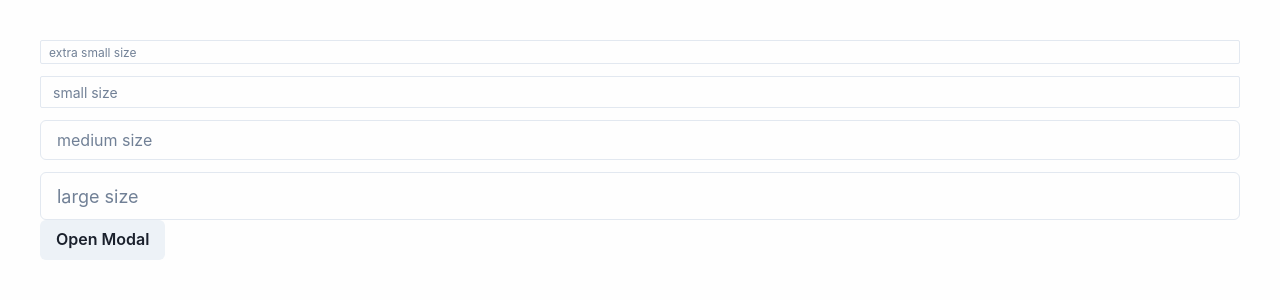
Repository: jorgelucasjs/chakra-ui-doc
Page: /
These files come from the project's save history. The page is drawn as it stood at one moment and after the next save; the edit follows.
The browser window is 1280 px wide. The pictures show the whole page.
The project was rebuilt for these pictures with package versions that can differ from the ones it lists, and the page was loaded fresh each time.

Above is the page before, as saved 2023-01-06 11:15:36.

### public/index.html
<!DOCTYPE html>
<html lang="en">
  <head>
    <meta charset="utf-8" />
   <!--  <link rel="icon" href="%PUBLIC_URL%/logo.jpg" /> -->
    <meta name="viewport" content="width=device-width, initial-scale=1" />
    <meta name="theme-color" content="#000000" />
    <meta
      name="description"
      content="Web site created using create-react-app"
    />
    <!-- <link rel="apple-touch-icon" href="%PUBLIC_URL%/logo.jpg" /> -->
    <!--
      manifest.json provides metadata used when your web app is installed on a
      user's mobile device or desktop. See https://developers.google.com/web/fundamentals/web-app-manifest/
    -->
    <link rel="manifest" href="%PUBLIC_URL%/manifest.json" />
    <!--
      Notice the use of %PUBLIC_URL% in the tags above.
      It will be replaced with the URL of the `public` folder during the build.
      Only files inside the `public` folder can be referenced from the HTML.

      Unlike "/favicon.ico" or "favicon.ico", "%PUBLIC_URL%/favicon.ico" will
      work correctly both with client-side routing and a non-root public URL.
      Learn how to configure a non-root public URL by running `npm run build`.
    -->
    <title>Chackra ui</title>
  </head>
  <body>
    <noscript>You need to enable JavaScript to run this app.</noscript>
    <div id="root"></div>
    <!--
      This HTML file is a template.
      If you open it directly in the browser, you will see an empty page.

      You can add webfonts, meta tags, or analytics to this file.
      The build step will place the bundled scripts into the <body> tag.

      To begin the development, run `npm start` or `yarn start`.
      To create a production bundle, use `npm run build` or `yarn build`.
    -->
  </body>
</html>

### src/index.tsx
import React from 'react';
import ReactDOM from 'react-dom/client';
import App from './App';
import reportWebVitals from './reportWebVitals';

const root = ReactDOM.createRoot(
  document.getElementById('root') as HTMLElement
);


root.render(

	<React.StrictMode>
		<App />
	</React.StrictMode>

);

reportWebVitals();

### src/App.tsx
import * as React from 'react';
import PagesRouter from './routes';
import { extendTheme, ChakraProvider, ColorModeScript } from '@chakra-ui/react';
import theme from './theme/theme';

export default function App(): JSX.Element {

	return (
		<ChakraProvider theme={theme}>
			<ColorModeScript initialColorMode={theme.config.initialColorMode} />
			<PagesRouter />
		</ChakraProvider>
	);
}

### src/routes/index.tsx
import React from 'react';
import { BrowserRouter, Route, Routes } from 'react-router-dom';
import Home from '../pages';
import GlobalStyle from './../style/Global';
export default function PagesRouter(): JSX.Element {
	return (

		<BrowserRouter>
			<GlobalStyle />

			<Routes>

				<Route
					path='/'
					element={<Home />}
				/>
			</Routes>
		</BrowserRouter>

	);
}

### src/theme/theme.ts
import { extendTheme, ThemeConfig } from '@chakra-ui/react';

const config: ThemeConfig = {
	initialColorMode: 'light',
	useSystemColorMode: false,
};

const colors = {
	brand: {
		900: '#1a365d',
		800: '#153e75',
		700: '#2a69ac',
	},
};

const theme = extendTheme({ config, colors });

export default theme;

### src/pages/index.tsx
import React from 'react';
import { Box, Container, Text, Flex, Grid, Button, SimpleGrid, Wrap, WrapItem } from '@chakra-ui/react';
import Gradient from '../components/Gradient';
import ColorMode from '../components/ColorMode';
import ModalComponent from '../components/ModalComponent';
import TabsComponents from '../components/TabsComponents';
import { CircularProgress, CircularProgressLabel } from '@chakra-ui/react';
import SkeletonComponents from '../components/SkeletonComponents';
import { Avatar, AvatarBadge, AvatarGroup } from '@chakra-ui/react';
import FormControl from '../components/FormControl';
export default function index(): JSX.Element {

	return (
		<Box p={10} h={'100vh'}>
			{/* <Gradient /> */}
			{/* <ColorMode /> */}
			{/* <ModalComponent /> */}

			{/* <TabsComponents /> */}
			{/* <SkeletonComponents /> */}

			{/* <Wrap>
				<WrapItem>
					<Avatar name='Dan Abrahmov' src='https://bit.ly/dan-abramov' />
				</WrapItem>
				<WrapItem>
					<Avatar name='Kola Tioluwani' src='https://bit.ly/tioluwani-kolawole' />
				</WrapItem>
				<WrapItem>
					<Avatar name='Kent Dodds' src='https://bit.ly/kent-c-dodds' />
				</WrapItem>
				<WrapItem>
					<Avatar name='Ryan Florence' src='https://bit.ly/ryan-florence' />
				</WrapItem>
				<WrapItem>
					<Avatar name='Prosper Otemuyiwa' src='https://bit.ly/prosper-baba' />
				</WrapItem>
				<WrapItem>
					<Avatar name='Christian Nwamba' src='https://bit.ly/code-beast' />
				</WrapItem>
				<WrapItem>
					<Avatar name='Segun Adebayo' src='https://bit.ly/sage-adebayo' />
				</WrapItem>
			</Wrap>

			<Wrap>
				<WrapItem>
					<Avatar size='2xs' name='Dan Abrahmov' src='https://bit.ly/dan-abramov' />
				</WrapItem>
				<WrapItem>
					<Avatar
						size='xs'
						name='Kola Tioluwani'
						src='https://bit.ly/tioluwani-kolawole'
					/>{' '}
				</WrapItem>
				<WrapItem>
					<Avatar size='sm' name='Kent Dodds' src='https://bit.ly/kent-c-dodds' />{' '}
				</WrapItem>
				<WrapItem>
					<Avatar size='md' name='Ryan Florence' src='https://bit.ly/ryan-florence' />{' '}
				</WrapItem>
				<WrapItem>
					<Avatar
						size='lg'
						name='Prosper Otemuyiwa'
						src='https://bit.ly/prosper-baba'
					/>{' '}
				</WrapItem>
				<WrapItem>
					<Avatar size='xl' name='Christian Nwamba' src='https://bit.ly/code-beast' />{' '}
				</WrapItem>
				<WrapItem>
					<Avatar size='2xl' name='Segun Adebayo' src='https://bit.ly/sage-adebayo' />{' '}
				</WrapItem>
			</Wrap> */}

			<FormControl />
		</Box>
	);
}

### src/style/Global.ts
import { createGlobalStyle } from 'styled-components';

export default createGlobalStyle`
  * {
	  margin: 0;
	  padding: 0;
	  box-sizing: border-box;
	}

  body {
	  width: 100vw;
	  background:#fefefe;
  }

  body,
  input,
  textarea,
  button {
	font: 400 1rem Inter, sans-serif;
  }

  h1 {
	font-size: 2.5rem;
	font: 700;
	font-family: 'Work Sans', sans-serif;
  }

  h2 {
	font-size: 1.5rem;
  }

  button {
	cursor: pointer;
  }

  h1,
  h2,
  h3,
  h4,
  h5,
  h6 {
	font-weight: 600;
	font-family: Lexend, sans-serif;
  }

  input {
	outline: none;
  }
  a{
	text-decoration:none;
	color:#fff;
  }
  .modalContent,
  .secondModal {
	>img {
	  width: 15rem;
	  margin: 15px auto;
	  display: flex;
	  justify-content: center;
	  align-self: center;
	}
	> form {
	  margin: 20px 0;
	  width: 100%;
	  text-align: center;

	> label {
	  display: flex;
	  align-items: flex-start;
	  margin: 15px 0;
	  color: #1c1c1c;
	}

	>button {
	  margin-top: 25px;
	}
  }
}


.secondModal {
  >h1 {
	text-align: center;
	margin: 4rem 0 0 0;
  }

  >span {
	display: block;
	text-align: center;
	color: #1c1c1c;
	font-size: 15px;
	margin: 20px 0;
  }
}



`;

### src/components/FormControl.tsx
import React from 'react';
import {
	FormControl,
	FormLabel,
	FormErrorMessage,
	FormHelperText,
	Input,
	RadioGroup,
	HStack,
	Radio,
	Stack,
	useDisclosure,
	Button,
	Modal,
	ModalOverlay,
	ModalContent,
	ModalHeader,
	ModalCloseButton,
	ModalBody,
	Text,
	ModalFooter
} from '@chakra-ui/react';

export default function FormControlModal(): JSX.Element {
	const { isOpen, onOpen, onClose } = useDisclosure();
	const finalRef = React.useRef(null);
	const [scrollBehavior, setScrollBehavior] = React.useState('inside');

	const btnRef = React.useRef(null);
	return (
		<div>
			<FormControl as='fieldset'>
				<Stack spacing={3}>
					<Input placeholder='extra small size' size='xs' />
					<Input placeholder='small size' size='sm' />
					<Input placeholder='medium size' size='md' />
					<Input placeholder='large size' size='lg' />
				</Stack>
			</FormControl>

			<>
				<Button onClick={onOpen}>Open Modal</Button>
				<Modal isOpen={isOpen} onClose={onClose}>
					<ModalOverlay />
					<ModalContent>
						<ModalHeader>Modal Title</ModalHeader>
						<ModalCloseButton />
						<ModalBody>
							<Text mb={3}>
								Sit nulla est ex deserunt exercitation anim occaecat. Nostrud
								ullamco deserunt aute id consequat veniam incididunt duis in sint
								irure nisi. Mollit officia cillum Lorem ullamco minim nostrud elit
								officia tempor esse quis.Sunt ad dolore quis aute consequat. Magna
								exercitation reprehenderit magna aute tempor cupidatat consequat
								elit dolor adipisicing. Mollit dolor eiusmod sunt ex incididunt
								cillum quis. Velit duis sit officia eiusmod Lorem aliqua enim laboris
								do dolor eiusmod. Et mollit incididunt nisi consectetur esse laborum
								eiusmod pariatur proident Lorem eiusmod et. Culpa deserunt nostrud ad
								veniam.
							</Text>

							<Text>
								Sit nulla est ex deserunt exercitation anim occaecat. Nostrud
								ullamco deserunt aute id consequat veniam incididunt duis in sint
								irure nisi. Mollit officia cillum Lorem ullamco minim nostrud elit
								officia tempor esse quis.Sunt ad dolore quis aute consequat. Magna
								exercitation reprehenderit magna aute tempor cupidatat consequat
								elit dolor adipisicing. Mollit dolor eiusmod sunt ex incididunt
								cillum quis. Velit duis sit officia eiusmod Lorem aliqua enim laboris
								do dolor eiusmod. Et mollit incididunt nisi consectetur esse laborum
								eiusmod pariatur proident Lorem eiusmod et. Culpa deserunt nostrud ad
								veniam.
							</Text>
						</ModalBody>

						<ModalFooter>
							<Button colorScheme='blue' mr={3} onClick={onClose}>
								Close
							</Button>
							<Button variant='ghost'>Secondary Action</Button>
						</ModalFooter>
					</ModalContent>
				</Modal>
			</>
		</div>
	);
}

Loaded but not shown: src/reportWebVitals.ts (common file)

After the next save:
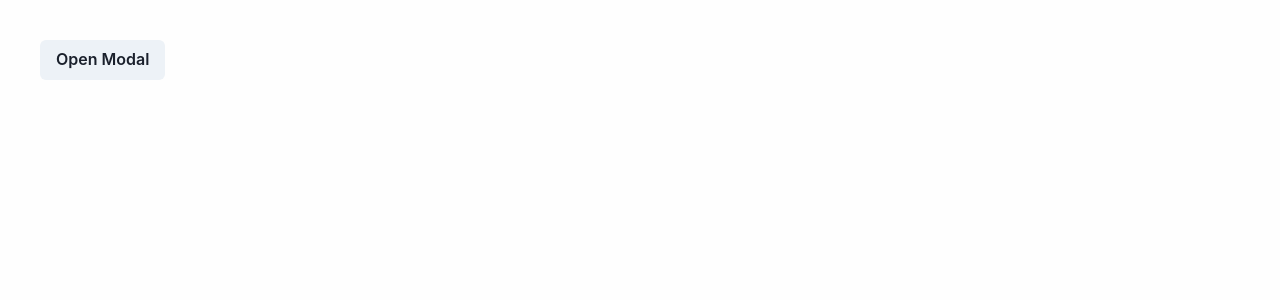
Saved 13 s later.
--- a/src/components/FormControl.tsx
+++ b/src/components/FormControl.tsx
@@ -29,14 +29,6 @@
 	const btnRef = React.useRef(null);
 	return (
 		<div>
-			<FormControl as='fieldset'>
-				<Stack spacing={3}>
-					<Input placeholder='extra small size' size='xs' />
-					<Input placeholder='small size' size='sm' />
-					<Input placeholder='medium size' size='md' />
-					<Input placeholder='large size' size='lg' />
-				</Stack>
-			</FormControl>
 
 			<>
 				<Button onClick={onOpen}>Open Modal</Button>
